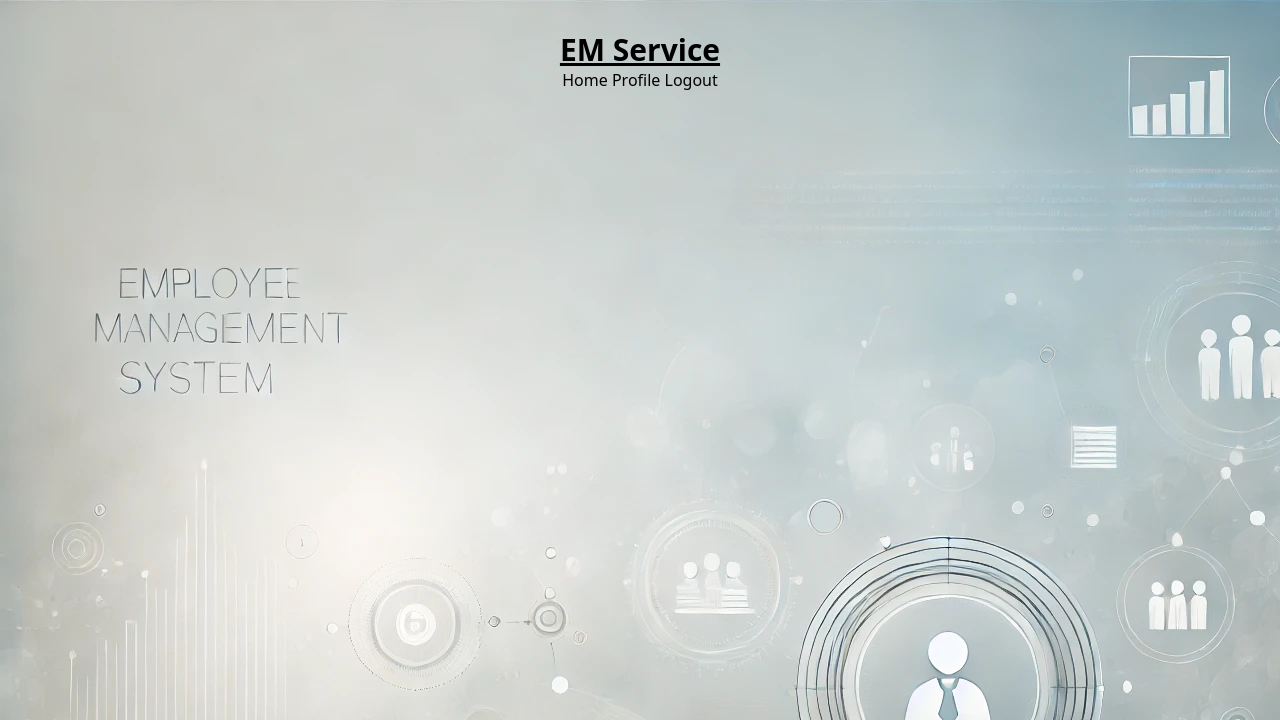
Repository: Vaibhav979/EmployeeManagement-Spring
Page: / (app in em-project-view/)
These files come from the project's save history. The page is drawn as it stood at one moment and after a run of saves; the edit follows.
The browser window is 1280 px wide. The pictures show the whole page.
The project was rebuilt for these pictures with package versions that can differ from the ones it lists, and the page was loaded fresh each time. Also part of the build but not shown: em-project-view/vite.config.js.

Above is the page before, as saved 2025-01-02 22:28:03.

After the next 3 saves:
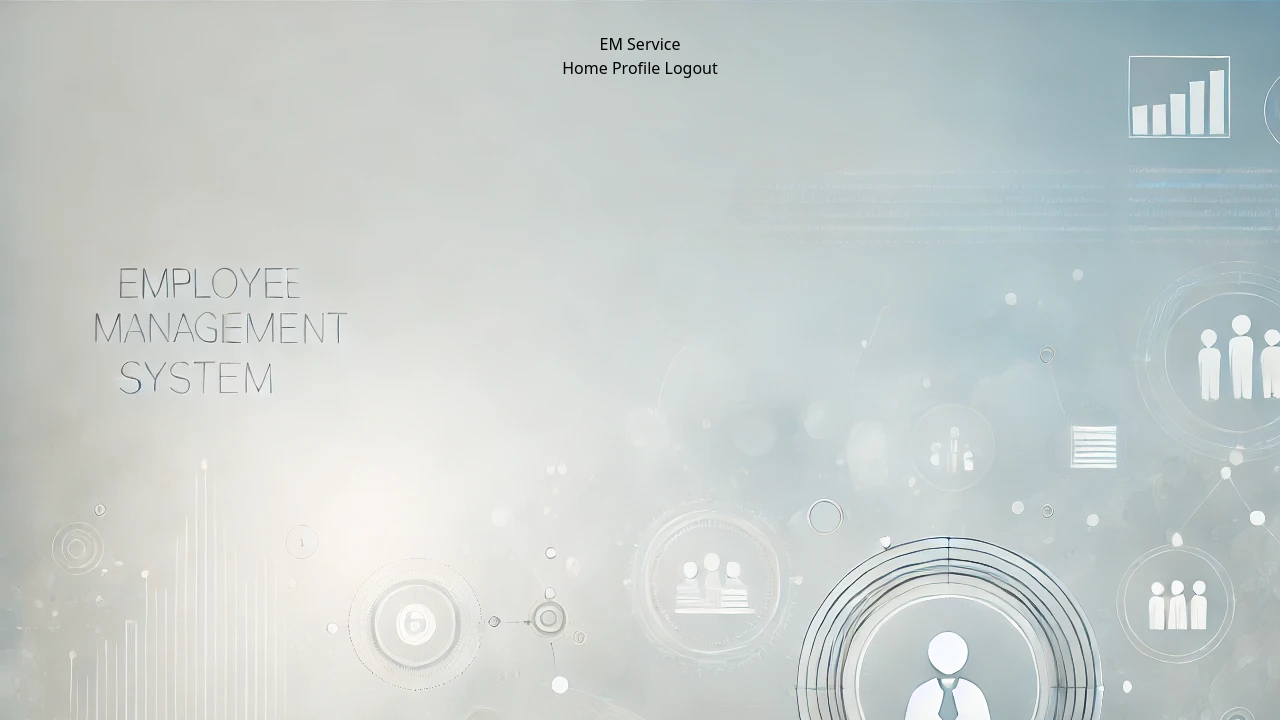
The 3 saves are shown as one change because they came seconds apart.
The last was saved 70 s later.
--- a/em-project-view/src/App.jsx
+++ b/em-project-view/src/App.jsx
@@ -4,7 +4,7 @@ import "./App.css";
 function App() {
   return (
     <div>
-      <h1 className="text-3xl font-bold underline">EM Service</h1>
+      <h1>EM Service</h1>
       <a href="/"> Home </a>
       <a href="/"> Profile </a>
       <a href="/"> Logout </a>
